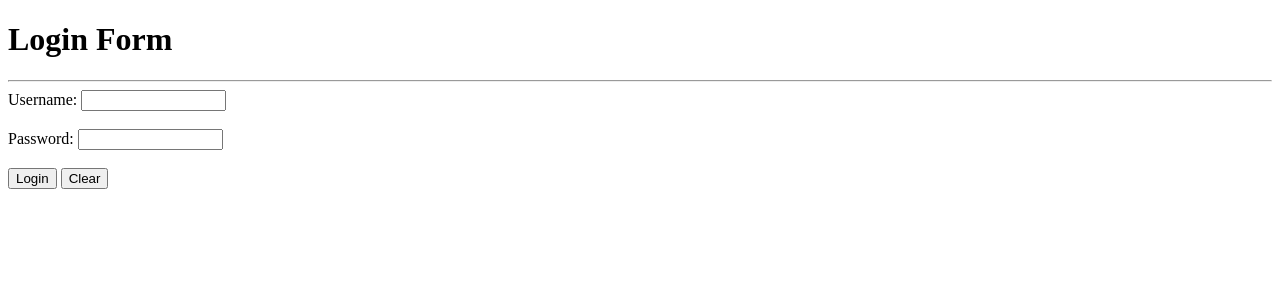
Repository: GangaNavyasri/Day10
Page: LoginApp/WebContent/Registration.html
An editor plug-in stored every save of this project. The page is shown before and after the next save, followed by the edit.
The browser window is 1280 px wide. The pictures show the whole page.

Above is the page before, as saved 2018-09-05 10:25:02.

### LoginApp/WebContent/Registration.html
<!DOCTYPE html>
<html>
<head>
<meta charset="ISO-8859-1">
<title>Register</title>
</head>
<body>
<h1>Login Form</h1>
<hr>
<form action="login" method="post">
<label> Username: </label>
<input type="text" name="username" size="15/">
<br></br>
<label> Password: </label>
<input type="password" name="password" size="15"/>
<br></br>
<input type="submit" value="Login"/>
<input type="reset" value="Clear"/>
<br></br>
</body>
</html>

After the next save:
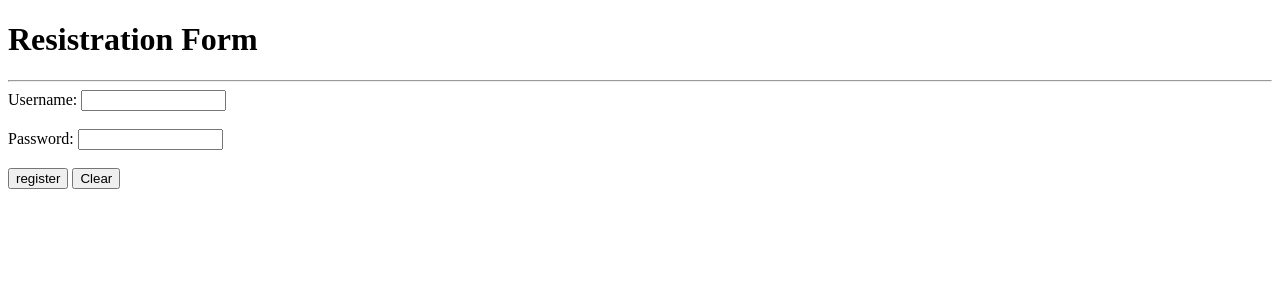
Saved 2 min 1 s later.
--- a/LoginApp/WebContent/Registration.html
+++ b/LoginApp/WebContent/Registration.html
@@ -5,17 +5,18 @@
 <title>Register</title>
 </head>
 <body>
-<h1>Login Form</h1>
+<h1>Resistration Form</h1>
 <hr>
-<form action="login" method="post">
+<form action="register" method="post">
 <label> Username: </label>
 <input type="text" name="username" size="15/">
 <br></br>
 <label> Password: </label>
 <input type="password" name="password" size="15"/>
 <br></br>
-<input type="submit" value="Login"/>
+<input type="submit" value="register"/>
 <input type="reset" value="Clear"/>
 <br></br>
+</form>
 </body>
 </html>
